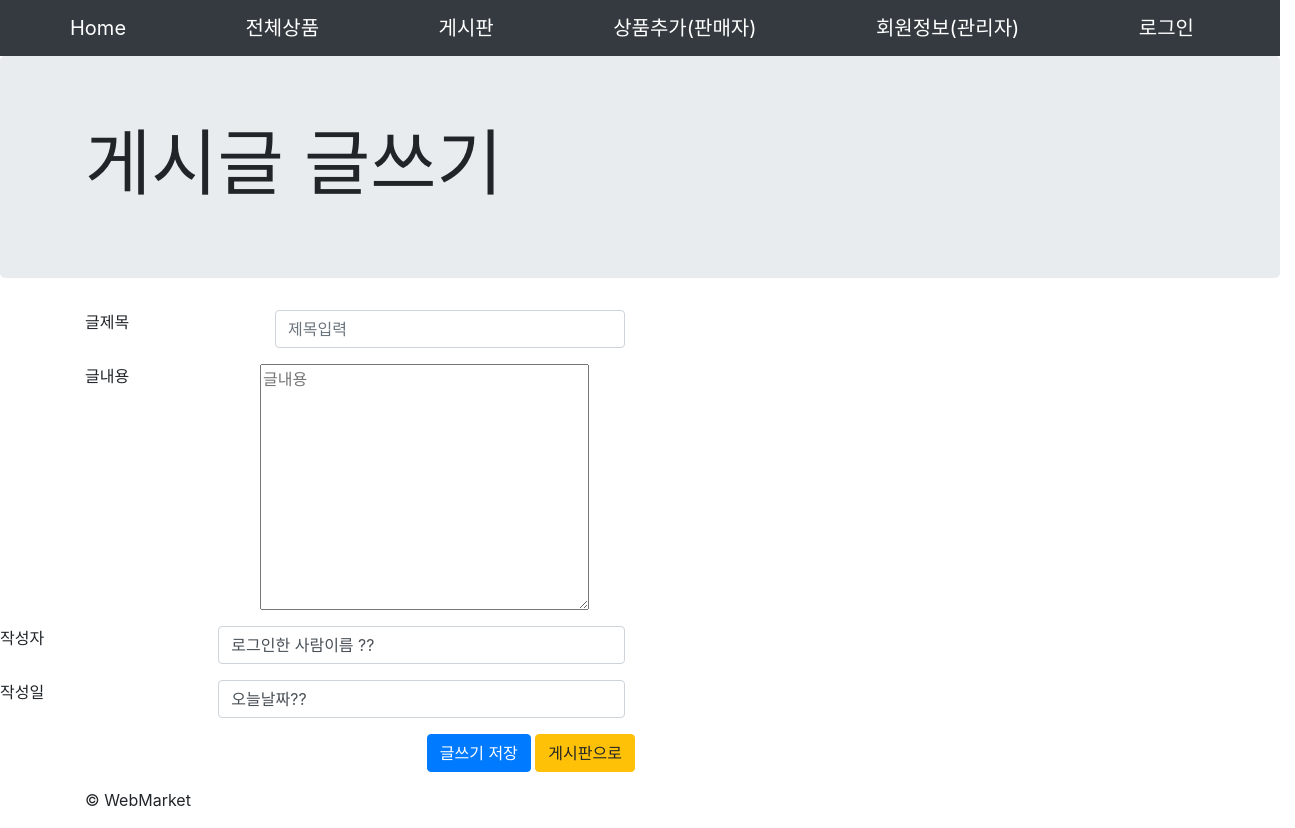
Repository: davisbyun/ai
Page: http://localhost/WebMarket/board/boardInsert.jsp
An editor plug-in stored every save of this project. The page is shown before and after the next save, followed by the edit.
The browser window is 1280 px wide. The page is 1295 px wide, so the pictures cover 1295 px, including what lies to the right of the window. The pictures show the whole page.
The page is served by Tomcat 9.

Above is the page before, as saved 2024-01-30 03:53:50.

After the next save:
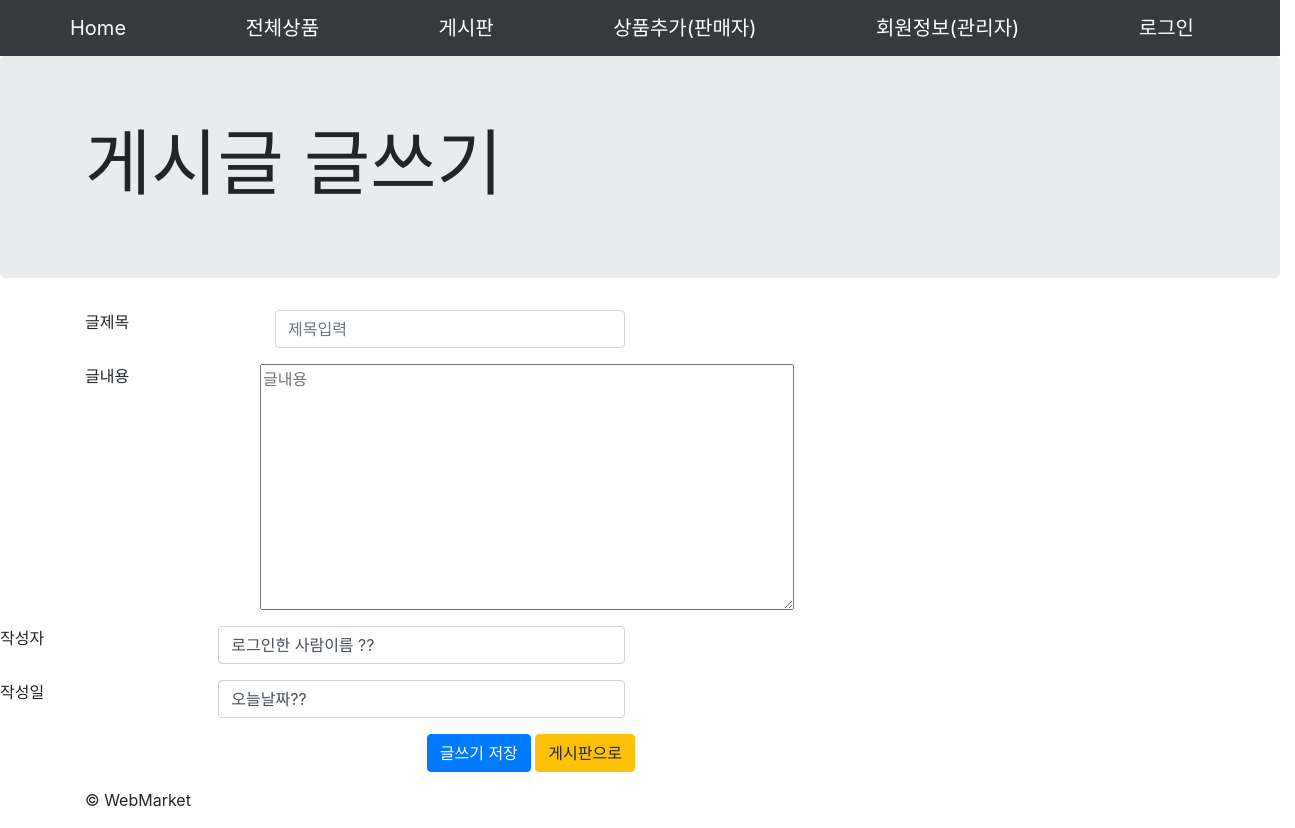
Saved 53 s later.
--- a/WebMarket/src/main/webapp/board/boardInsert.jsp
+++ b/WebMarket/src/main/webapp/board/boardInsert.jsp
@@ -29,7 +29,7 @@
 
          <div class="form-group row">
             <label class="col-sm-2 f1"> 글내용 </label>
-               <textarea rows = "10" cols="30" name="content" placeholder="글내용"></textarea>
+               <textarea rows = "10" cols="50" name="content" placeholder="글내용"></textarea>
            </div>
          </div>
 
